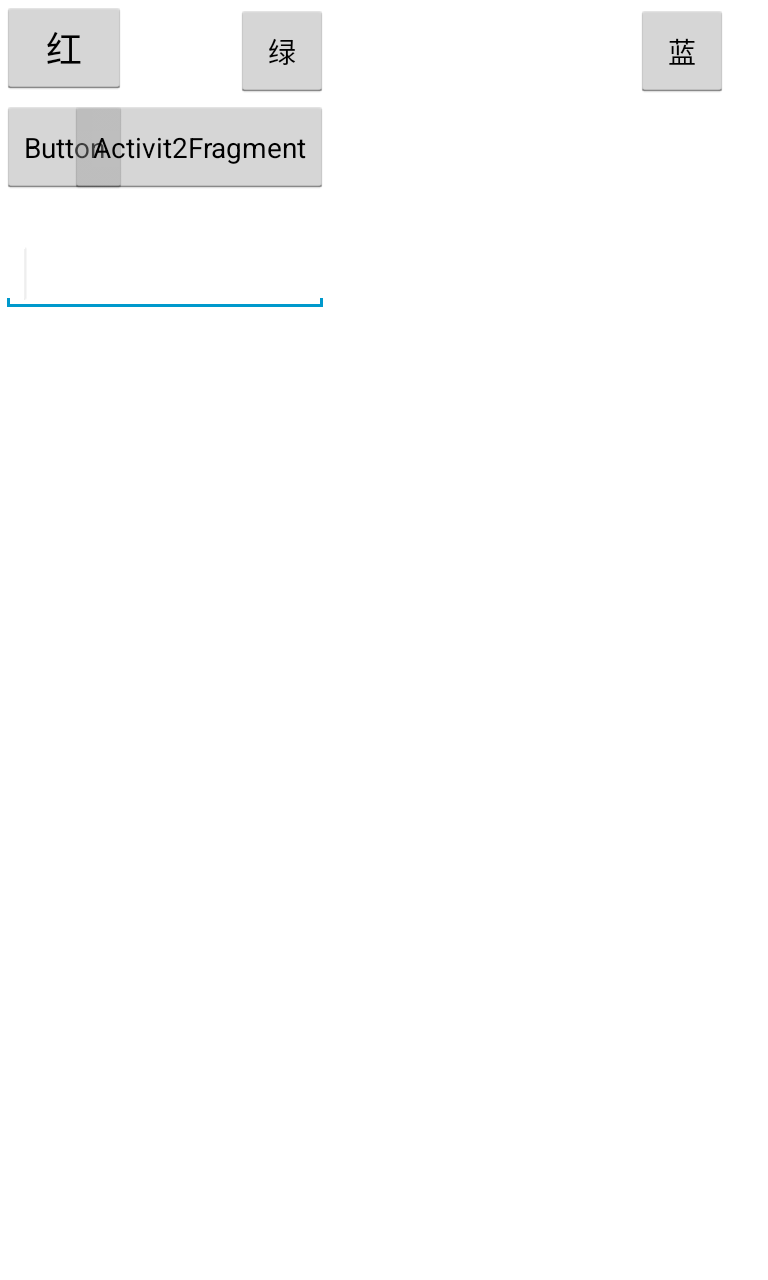
Repository: IvyZh/hm66
Layout: 黑马基础项目/res/layout/activity_fragment.xml
The author's editor kept a copy of each file at every save. The layout is drawn from the files as they stood at one save, then again after the next save.
It is drawn on a 768 x 1280 px phone screen (xhdpi) without system bars, with theme AppTheme; the app's code is not run.

Above is the layout before, as saved 2016-05-29 17:19:45.

### 黑马基础项目/res/layout/activity_fragment.xml
<LinearLayout xmlns:android="http://schemas.android.com/apk/res/android"
    xmlns:tools="http://schemas.android.com/tools"
    android:layout_width="match_parent"
    android:layout_height="match_parent"
    android:orientation="vertical" >

    <RelativeLayout
        android:layout_width="match_parent"
        android:layout_height="200dp" >

        <Button
            android:id="@+id/bt"
            android:layout_width="wrap_content"
            android:layout_height="wrap_content"
            android:onClick="click"
            android:text="红" />

        <Button
            android:id="@+id/button2"
            style="?android:attr/buttonStyleSmall"
            android:layout_width="wrap_content"
            android:layout_height="wrap_content"
            android:layout_alignBaseline="@+id/bt"
            android:layout_alignBottom="@+id/bt"
            android:layout_alignParentRight="true"
            android:layout_marginRight="19dp"
            android:onClick="click2"
            android:text="蓝" />

        <Button
            android:id="@+id/button1"
            style="?android:attr/buttonStyleSmall"
            android:layout_width="wrap_content"
            android:layout_height="wrap_content"
            android:layout_alignBaseline="@+id/bt"
            android:layout_alignBottom="@+id/bt"
            android:layout_marginLeft="53dp"
            android:layout_toRightOf="@+id/bt"
            android:onClick="click1"
            android:text="绿" />

        <Button
            android:id="@+id/button3"
            style="?android:attr/buttonStyleSmall"
            android:layout_width="wrap_content"
            android:layout_height="wrap_content"
            android:layout_alignParentLeft="true"
            android:layout_below="@+id/button1"
            android:text="Button" />

        <EditText
            android:id="@+id/et"
            android:layout_width="wrap_content"
            android:layout_height="wrap_content"
            android:layout_alignRight="@+id/button1"
            android:layout_below="@+id/button3"
            android:layout_marginTop="20dp"
            android:ems="10" >

            <requestFocus />
        </EditText>

        <Button
            android:id="@+id/button4"
            style="?android:attr/buttonStyleSmall"
            android:layout_width="wrap_content"
            android:layout_height="wrap_content"
            android:layout_alignRight="@+id/button1"
            android:layout_below="@+id/button1"
            android:onClick="click4"
            android:text="Activit2Fragment" />
    </RelativeLayout>

    <FrameLayout
        android:id="@+id/frame_id"
        android:layout_width="match_parent"
        android:layout_height="match_parent" >
    </FrameLayout>

</LinearLayout>

Loaded but not shown: 黑马基础项目/res/values/styles.xml (common file); 黑马基础项目/res/values-v11/styles.xml (common file); 黑马基础项目/res/values-v14/styles.xml (common file)

After the next save:
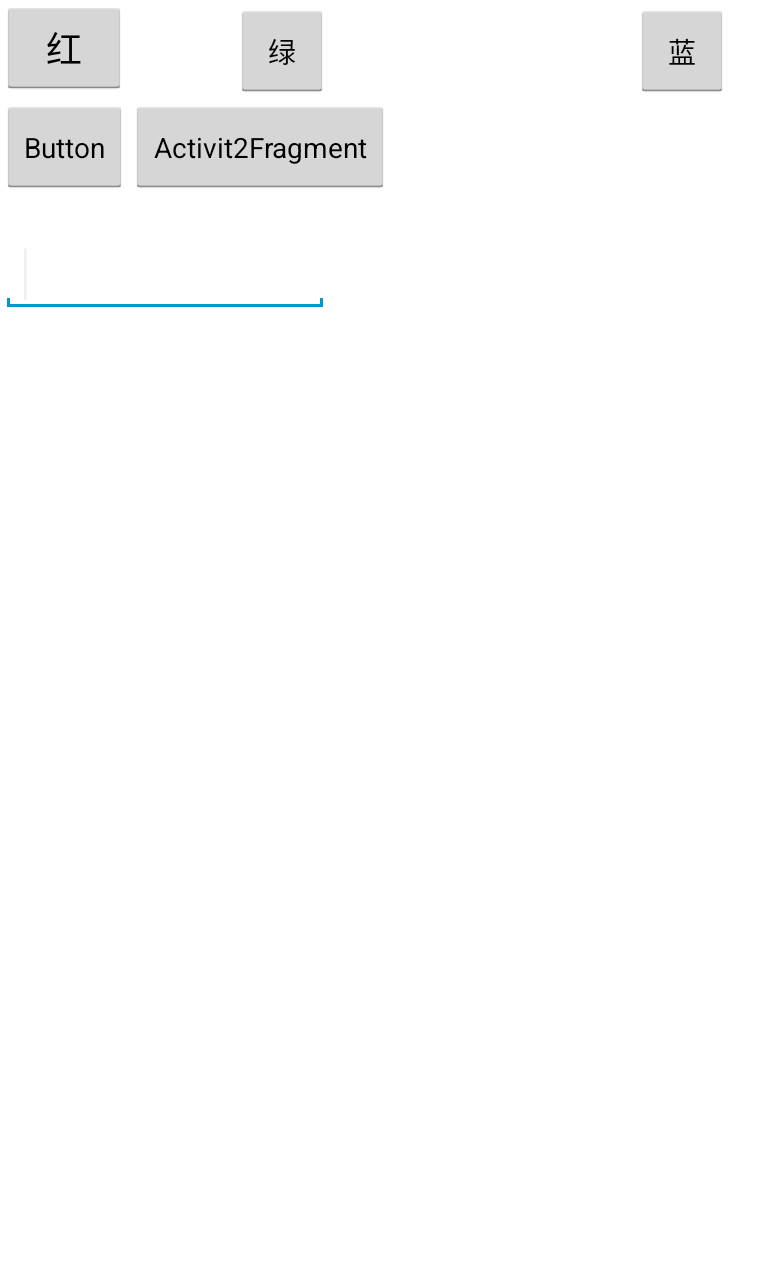
Saved 10 s later.
--- a/黑马基础项目/res/layout/activity_fragment.xml
+++ b/黑马基础项目/res/layout/activity_fragment.xml
@@ -65,10 +65,12 @@
             style="?android:attr/buttonStyleSmall"
             android:layout_width="wrap_content"
             android:layout_height="wrap_content"
-            android:layout_alignRight="@+id/button1"
-            android:layout_below="@+id/button1"
+            android:layout_alignBaseline="@+id/button3"
+            android:layout_alignBottom="@+id/button3"
+            android:layout_toRightOf="@+id/button3"
             android:onClick="click4"
             android:text="Activit2Fragment" />
+
     </RelativeLayout>
 
     <FrameLayout
